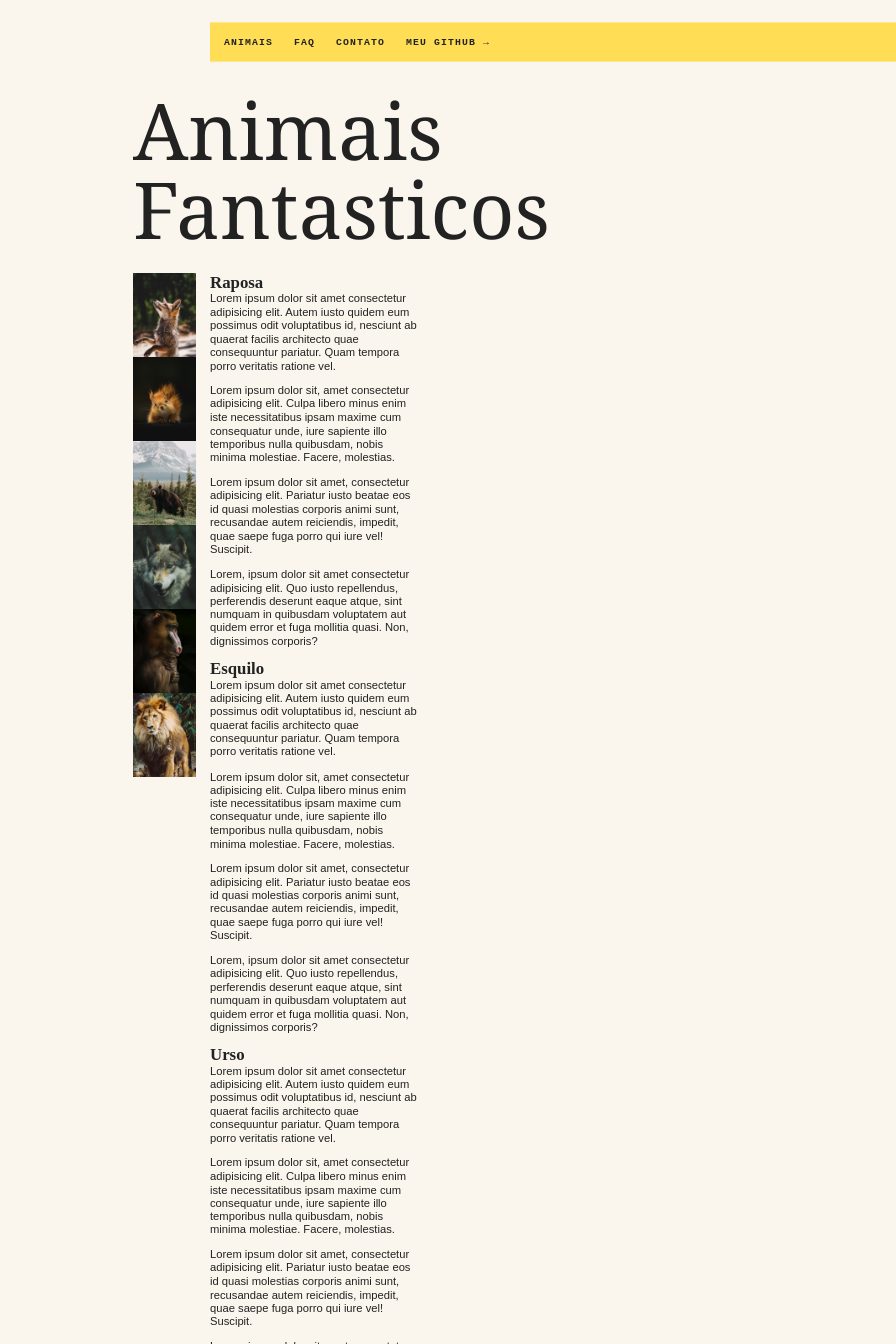
Repository: meiotera/animaisPagina
Page: index.html
The author's editor kept a copy of each file at every save. The page is drawn from the files as they stood at one save, then again after the next save.
The browser window is 1280 px wide. The pictures show the part of the page from y = 0 to 1920 px (the page is 4971 px tall before and 4308 px after), at 70% of full size.

Above is the page before, as saved 2025-05-02 10:04:39.

### index.html
<!DOCTYPE html>
<html lang="en">

<head>
  <meta charset="UTF-8">
  <meta name="viewport" content="width=device-width, initial-scale=1.0">

  <link rel="stylesheet" href="css/style.css">
  <title>Animais</title>
</head>

<body>

  <nav class="menu">
    <ul>
      <li><a href="#animais">Animais</a></li>
      <li><a href="#faq">Faq</a></li>
      <li><a href="#contato">Contato</a></li>
      <li><a href="https://github.com/meiotera">Meu GitHub &rarr;</a></li>
    </ul>
  </nav>

  <section class="grid-section animais" id="animais">
    <h1 class="titulo">Animais Fantasticos</h1>

    <ul class="animais-lista">
      <li><img src="./img/imagem1.jpg" alt=""></li>
      <li><img src="./img/imagem2.jpg" alt=""></li>
      <li><img src="./img/imagem3.jpg" alt=""></li>
      <li><img src="./img/imagem4.jpg" alt=""></li>
      <li><img src="./img/imagem5.jpg" alt=""></li>
      <li><img src="./img/imagem6.jpg" alt=""></li>
    </ul>

    <div class="animais-descricao animais">
      <section class="animais">
        <h2>Raposa</h2>
        <p>Lorem ipsum dolor sit amet consectetur adipisicing elit. Autem iusto quidem eum possimus odit voluptatibus id, nesciunt ab quaerat facilis architecto quae consequuntur pariatur. Quam tempora porro veritatis ratione vel.</p>
        <p>Lorem ipsum dolor sit, amet consectetur adipisicing elit. Culpa libero minus enim iste necessitatibus ipsam maxime cum consequatur unde, iure sapiente illo temporibus nulla quibusdam, nobis minima molestiae. Facere, molestias.</p>
        <p>Lorem ipsum dolor sit amet, consectetur adipisicing elit. Pariatur iusto beatae eos id quasi molestias corporis animi sunt, recusandae autem reiciendis, impedit, quae saepe fuga porro qui iure vel! Suscipit.</p>
        <p>Lorem, ipsum dolor sit amet consectetur adipisicing elit. Quo iusto repellendus, perferendis deserunt eaque atque, sint numquam in quibusdam voluptatem aut quidem error et fuga mollitia quasi. Non, dignissimos corporis?</p>
      </section>

      <section>
        <h2>Esquilo</h2>
        <p>Lorem ipsum dolor sit amet consectetur adipisicing elit. Autem iusto quidem eum possimus odit voluptatibus id, nesciunt ab quaerat facilis architecto quae consequuntur pariatur. Quam tempora porro veritatis ratione vel.</p>
        <p>Lorem ipsum dolor sit, amet consectetur adipisicing elit. Culpa libero minus enim iste necessitatibus ipsam maxime cum consequatur unde, iure sapiente illo temporibus nulla quibusdam, nobis minima molestiae. Facere, molestias.</p>
        <p>Lorem ipsum dolor sit amet, consectetur adipisicing elit. Pariatur iusto beatae eos id quasi molestias corporis animi sunt, recusandae autem reiciendis, impedit, quae saepe fuga porro qui iure vel! Suscipit.</p>
        <p>Lorem, ipsum dolor sit amet consectetur adipisicing elit. Quo iusto repellendus, perferendis deserunt eaque atque, sint numquam in quibusdam voluptatem aut quidem error et fuga mollitia quasi. Non, dignissimos corporis?</p>
      </section>

      <section>
        <h2>Urso</h2>
        <p>Lorem ipsum dolor sit amet consectetur adipisicing elit. Autem iusto quidem eum possimus odit voluptatibus id, nesciunt ab quaerat facilis architecto quae consequuntur pariatur. Quam tempora porro veritatis ratione vel.</p>
        <p>Lorem ipsum dolor sit, amet consectetur adipisicing elit. Culpa libero minus enim iste necessitatibus ipsam maxime cum consequatur unde, iure sapiente illo temporibus nulla quibusdam, nobis minima molestiae. Facere, molestias.</p>
        <p>Lorem ipsum dolor sit amet, consectetur adipisicing elit. Pariatur iusto beatae eos id quasi molestias corporis animi sunt, recusandae autem reiciendis, impedit, quae saepe fuga porro qui iure vel! Suscipit.</p>
        <p>Lorem, ipsum dolor sit amet consectetur adipisicing elit. Quo iusto repellendus, perferendis deserunt eaque atque, sint numquam in quibusdam voluptatem aut quidem error et fuga mollitia quasi. Non, dignissimos corporis?</p>
      </section>

      <section>
        <h2>Lobo</h2>
        <p>Lorem ipsum dolor sit amet consectetur adipisicing elit. Autem iusto quidem eum possimus odit voluptatibus id, nesciunt ab quaerat facilis architecto quae consequuntur pariatur. Quam tempora porro veritatis ratione vel.</p>
        <p>Lorem ipsum dolor sit, amet consectetur adipisicing elit. Culpa libero minus enim iste necessitatibus ipsam maxime cum consequatur unde, iure sapiente illo temporibus nulla quibusdam, nobis minima molestiae. Facere, molestias.</p>
        <p>Lorem ipsum dolor sit amet, consectetur adipisicing elit. Pariatur iusto beatae eos id quasi molestias corporis animi sunt, recusandae autem reiciendis, impedit, quae saepe fuga porro qui iure vel! Suscipit.</p>
        <p>Lorem, ipsum dolor sit amet consectetur adipisicing elit. Quo iusto repellendus, perferendis deserunt eaque atque, sint numquam in quibusdam voluptatem aut quidem error et fuga mollitia quasi. Non, dignissimos corporis?</p>
      </section>

      <section>
        <h2>Macaco</h2>
        <p>Lorem ipsum dolor sit amet consectetur adipisicing elit. Autem iusto quidem eum possimus odit voluptatibus id, nesciunt ab quaerat facilis architecto quae consequuntur pariatur. Quam tempora porro veritatis ratione vel.</p>
        <p>Lorem ipsum dolor sit, amet consectetur adipisicing elit. Culpa libero minus enim iste necessitatibus ipsam maxime cum consequatur unde, iure sapiente illo temporibus nulla quibusdam, nobis minima molestiae. Facere, molestias.</p>
        <p>Lorem ipsum dolor sit amet, consectetur adipisicing elit. Pariatur iusto beatae eos id quasi molestias corporis animi sunt, recusandae autem reiciendis, impedit, quae saepe fuga porro qui iure vel! Suscipit.</p>
        <p>Lorem, ipsum dolor sit amet consectetur adipisicing elit. Quo iusto repellendus, perferendis deserunt eaque atque, sint numquam in quibusdam voluptatem aut quidem error et fuga mollitia quasi. Non, dignissimos corporis?</p>
      </section>

      <section>
        <h2>Leão</h2>
        <p>Lorem ipsum dolor sit amet consectetur adipisicing elit. Autem iusto quidem eum possimus odit voluptatibus id, nesciunt ab quaerat facilis architecto quae consequuntur pariatur. Quam tempora porro veritatis ratione vel.</p>
        <p>Lorem ipsum dolor sit, amet consectetur adipisicing elit. Culpa libero minus enim iste necessitatibus ipsam maxime cum consequatur unde, iure sapiente illo temporibus nulla quibusdam, nobis minima molestiae. Facere, molestias.</p>
        <p>Lorem ipsum dolor sit amet, consectetur adipisicing elit. Pariatur iusto beatae eos id quasi molestias corporis animi sunt, recusandae autem reiciendis, impedit, quae saepe fuga porro qui iure vel! Suscipit.</p>
        <p>Lorem, ipsum dolor sit amet consectetur adipisicing elit. Quo iusto repellendus, perferendis deserunt eaque atque, sint numquam in quibusdam voluptatem aut quidem error et fuga mollitia quasi. Non, dignissimos corporis?</p>
      </section>
    </div>
  </section>

  <section class="grid-section faq" id="faq">
    <h2>Faq</h2>

    <dl>
      <dt>Pergunta Um</dt>
      <dd>Lorem, ipsum dolor sit amet consectetur adipisicing elit. Molestias quasi magni, repudiandae eveniet ea voluptate commodi vitae repellendus quis ex excepturi placeat labore amet sint earum tenetur maxime ab perspiciatis.</dd>

      <dt>Pergunta Dois</dt>
      <dd>Lorem, ipsum dolor sit amet consectetur adipisicing elit. Molestias quasi magni, repudiandae eveniet ea voluptate commodi vitae repellendus quis ex excepturi placeat labore amet sint earum tenetur maxime ab perspiciatis.</dd>

      <dt>Pergunta Três</dt>
      <dd>Lorem, ipsum dolor sit amet consectetur adipisicing elit. Molestias quasi magni, repudiandae eveniet ea voluptate commodi vitae repellendus quis ex excepturi placeat labore amet sint earum tenetur maxime ab perspiciatis.</dd>

      <dt>Pergunta Quatro</dt>
      <dd>Lorem, ipsum dolor sit amet consectetur adipisicing elit. Molestias quasi magni, repudiandae eveniet ea voluptate commodi vitae repellendus quis ex excepturi placeat labore amet sint earum tenetur maxime ab perspiciatis.</dd>

      <dt>Pergunta Cinco</dt>
      <dd>Lorem, ipsum dolor sit amet consectetur adipisicing elit. Molestias quasi magni, repudiandae eveniet ea voluptate commodi vitae repellendus quis ex excepturi placeat labore amet sint earum tenetur maxime ab perspiciatis.</dd>
    </dl>
  </section>

  <section class="grid-section contato" id="contato">
    <h2>Contato</h2>

    <div class="mapa">
      <img src="img/mapa.png" alt="mapa">
    </div>

    <ul class="dados">
      <li>renan.programador@outlook.com</li>
      <li>+55(84) 9 99999999</li>
      <li>Rua do conde, nº 21</li>
      <li>Mossoró - RN</li>
    </ul>
  </section>


  <footer class="footer copy">
    <p>todos os direitos reservados.</p>
  </footer>
  <script src="script.js"></script>
</body>

</html>

### css/style.css
body,
h1,
h2,
h3,
ul,
li,
p,
dd,
dt,
dl,
a {
  margin: 0;
  padding: 0;
  list-style: none;
  text-decoration: none;
}

img {
  display: block;
  max-width: 100%;
}

body {
  background-color: #faf6ed;
  color: #222;
  display: grid;
  /* Colunas organizadas */
  grid-template-columns: 1fr 120px minmax(300px, 800px) 1fr;
}

/* MENU */
.menu {
  grid-column: 3/5;
  margin-top: 2rem;
  margin-bottom: 2rem;
  background-color: #fd5;
}

.menu ul {
  display: flex;
  flex-wrap: wrap;
  padding: 10px;
}

.menu li a {
  display: block;
  padding: 10px;
  margin-right: 10px;
  color: #222;
  text-decoration: none;
  font-family: monospace;
  font-weight: bold;
  text-transform: uppercase;
  font-size: 0.875rem;
  letter-spacing: 0.1rem;
}

/* Sessões */
.grid-section {
  grid-column: 2/4;
  width: 100%;
  box-sizing: border-box;
  padding: 10px;
  display: grid;
  grid-template-columns: 90px 300px 1fr;
  grid-gap: 20px;
  margin-bottom: 4rem;
}

.titulo {
  font-family: Georgia, 'Times New Roman', Times, serif;
  font-size: 7rem;
  line-height: 1;
  font-weight: normal;
  margin-bottom: 1rem;
  grid-column: 1/4;
}

.animais p {
  font-family: Arial, Helvetica, sans-serif;
  line-height: 1.2;
  margin-bottom: 1rem;
}

Loaded but not shown: script.js (no copy from this time; the picture is the same without it)

After the next save:
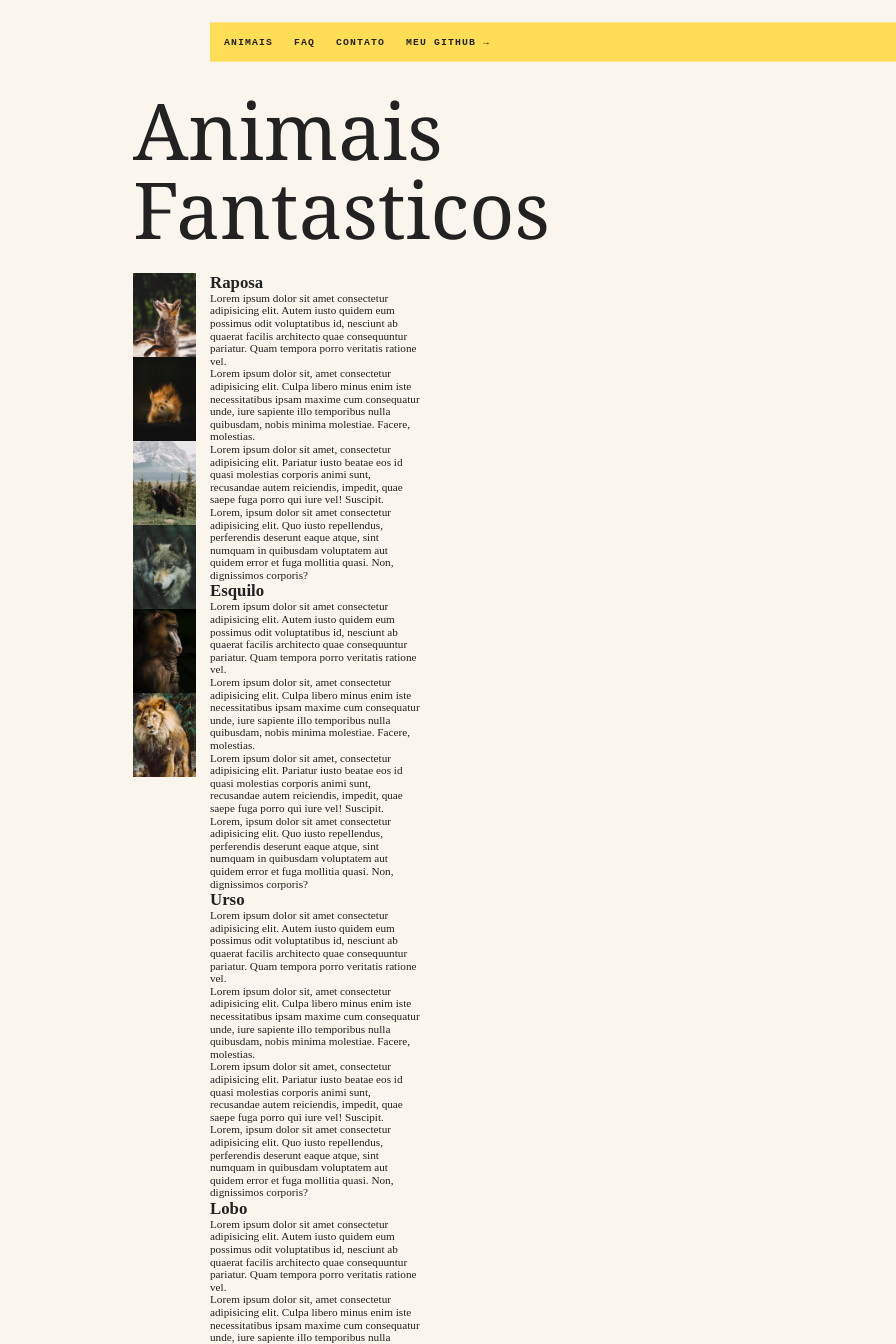
Saved 10 s later.
--- a/css/style.css
+++ b/css/style.css
@@ -76,7 +76,7 @@
   grid-column: 1/4;
 }
 
-.animais p {
+.animais h2 .animais p {
   font-family: Arial, Helvetica, sans-serif;
   line-height: 1.2;
   margin-bottom: 1rem;
